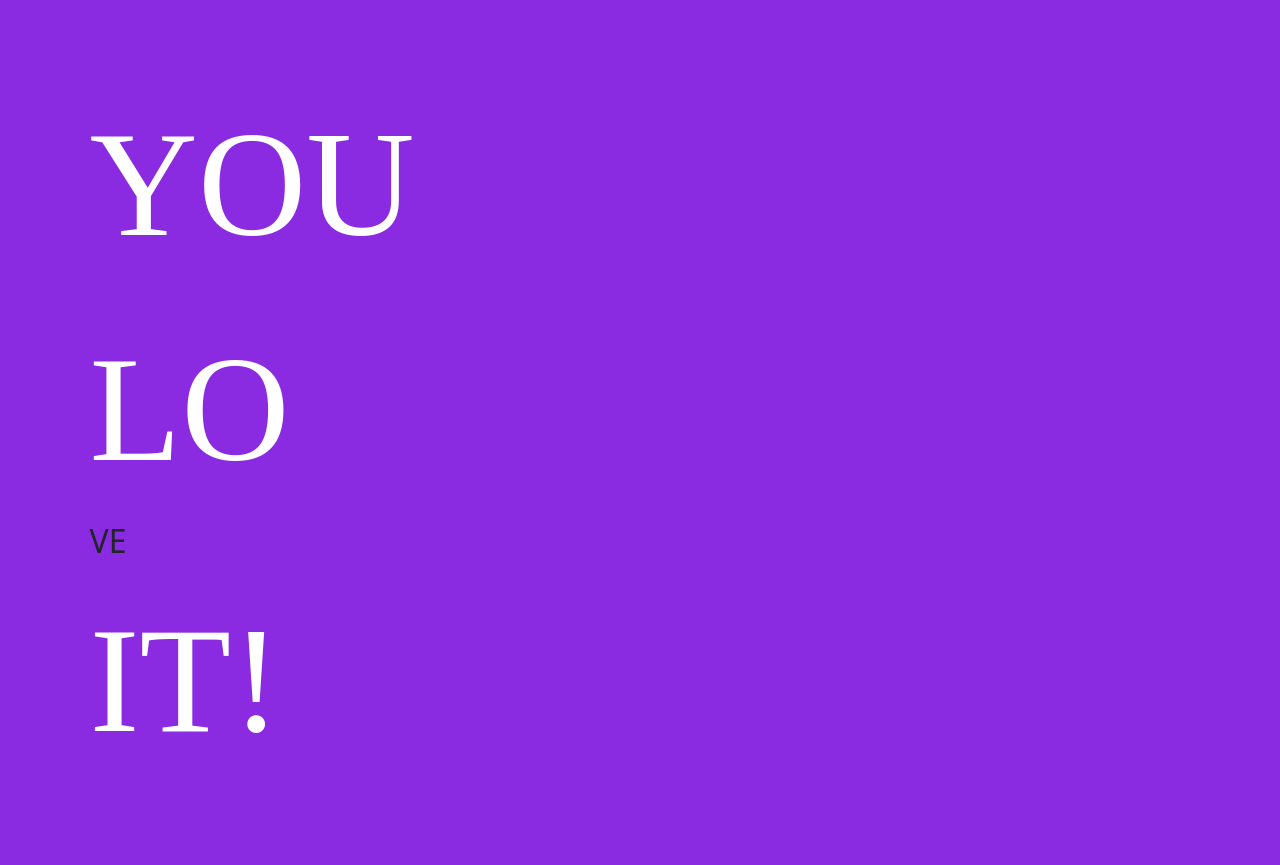
Repository: go23rishu/BagsWebsite
Page: homeheader.html
An editor plug-in stored every save of this project. The page is shown before and after the next save, followed by the edit.
The browser window is 1280 px wide. The pictures show the whole page.
Some web fonts or font styles are not loaded; a fallback is used. Some web libraries are served in a nearby version.

Above is the page before, as saved 2023-06-21 17:53:39.

### homeheader.html
<!DOCTYPE html>
<html lang="en">

<head>
    <meta charset="UTF-8">
    <meta name="viewport" content="width=device-width, initial-scale=1.0">
    <title>Document</title>
    <link rel="stylesheet"
        href="https://cdn.jsdelivr.net/npm/@fortawesome/fontawesome-free@6.2.1/css/fontawesome.min.css"
        integrity="sha384-QYIZto+st3yW+o8+5OHfT6S482Zsvz2WfOzpFSXMF9zqeLcFV0/wlZpMtyFcZALm" crossorigin="anonymous">
    <!-- Latest compiled and minified CSS -->
    <link href="https://cdn.jsdelivr.net/npm/bootstrap@5.2.3/dist/css/bootstrap.min.css" rel="stylesheet">
    <!-- Latest compiled JavaScript -->
    <script src="https://cdn.jsdelivr.net/npm/bootstrap@5.2.3/dist/js/bootstrap.bundle.min.js"></script>
    <link rel="stylesheet" href="https://cdnjs.cloudflare.com/ajax/libs/font-awesome/4.7.0/css/font-awesome.min.css">
    <link rel="preconnect" href="https://fonts.googleapis.com">
    <link rel="preconnect" href="https://fonts.gstatic.com" crossorigin>
    <link rel="preconnect" href="https://fonts.googleapis.com">
    <link rel="preconnect" href="https://fonts.gstatic.com" crossorigin>
    <link
        href="https://fonts.googleapis.com/css2?family=Italiana&family=Kumbh+Sans:wght@200;300;400;500;600;700;800;900&display=swap"
        rel="stylesheet">
    <link href="https://fonts.googleapis.com/css2?family=Italiana&display=swap" rel="stylesheet">
    <link rel="stylesheet" href="//maxcdn.bootstrapcdn.com/font-awesome/4.3.0/css/font-awesome.min.css">
    <link rel="preconnect" href="https://fonts.googleapis.com">
    <link rel="preconnect" href="https://fonts.gstatic.com" crossorigin>
    <link href="https://fonts.googleapis.com/css2?family=Kanit:wght@600;700;800;900&display=swap" rel="stylesheet">
    <link rel="stylesheet" href="homeheader.css">
</head>

<body>
    <div class="home-header">
        <!-- <div class="home-header-bags">
            <div id="spacious">
                <span>SPAC</span>
                <img src="./assets/PngItem_2984573.png" />
                <span>IOUS</span>
            </div>
        </div> -->
        <div class="home-header-bags home-header-bags2">
            <div id="you">
                <span>YOU</span>
            </div>
            <div id="love">
                <span>LO</span>
                <img src="" />
                <h2>VE</h2>
            </div>
            <div id="it">
                <span>IT!</span>
            </div>
        </div>
        <!--<div class="home-header-bags home-header-bags3">
                <div id="we">
                    <span>WE</span>
                </div>
                <div id="design">
                    <span>DES</span>
                    <img src="" />
                    <span>IGN</span>
                </div>
            </div> -->
    </div>
</body>

</html>

### homeheader.css
* {
  margin: 0;
  padding: 0;
  box-sizing: border-box;
}
@font-face {
  font-family: Kopub;
  src: url(./fonts/KoPubBatang-Bold.ttf);
  src: url(./fonts/KoPubBatang-Light.ttf);
  src: url(./fonts/KoPubBatang-Regular.ttf);
}
.home-header {
  width: 100vw;
  background-color: blueviolet;
}
.home-header-bags {
  padding: 10vh 7vw;
}
.spacious {
  display: flex;
  justify-content: space-evenly;
  align-items: center;
  padding: 10vh 15vw;
}
img {
  height: 400px;
}
span {
  font-family: Kopub;
  font-size: 150px;
  color: white;
  text-align: center;
  font-weight: lighter;
}
.home-header-bags2 {
  display: flex;
  flex-direction: column;
}

After the next save:
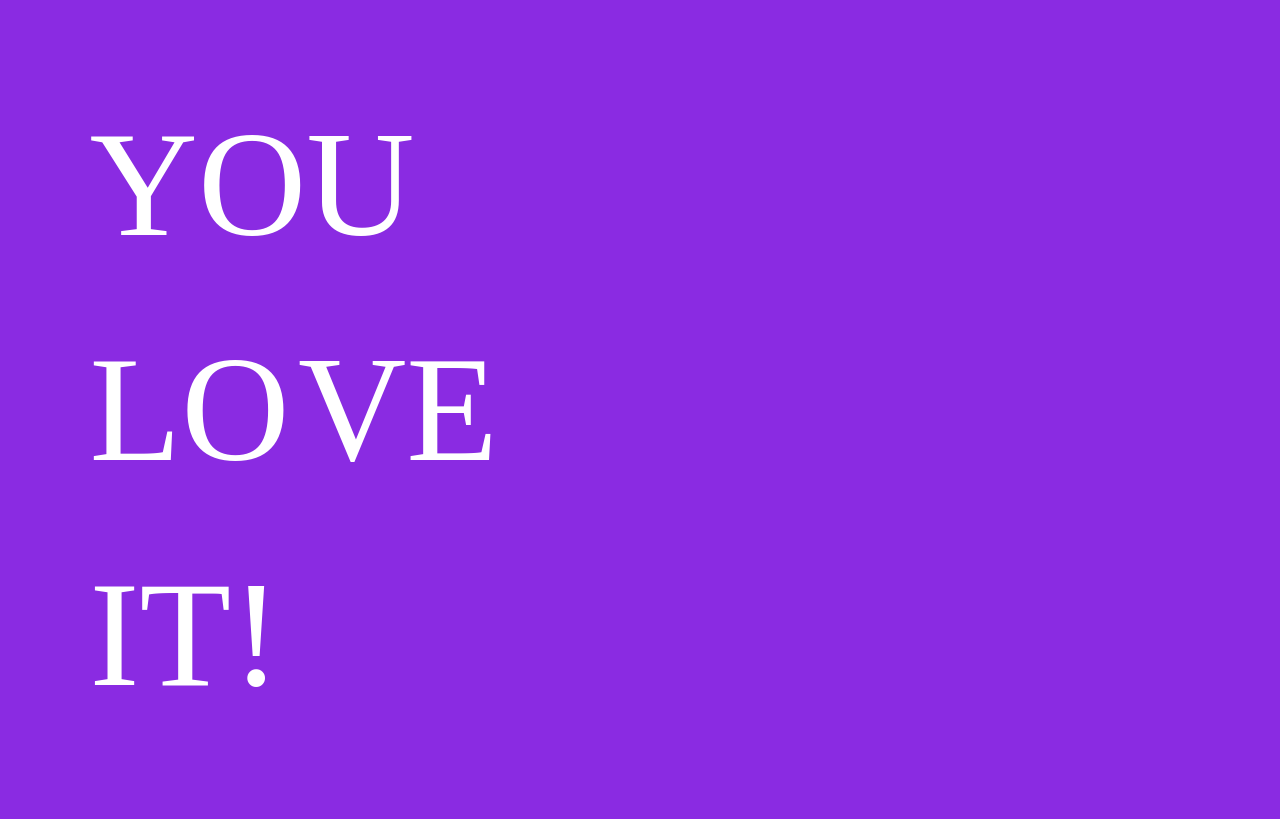
Saved 16 s later.
--- a/homeheader.html
+++ b/homeheader.html
@@ -44,7 +44,7 @@
             <div id="love">
                 <span>LO</span>
                 <img src="" />
-                <h2>VE</h2>
+                <span>VE</span>
             </div>
             <div id="it">
                 <span>IT!</span>
